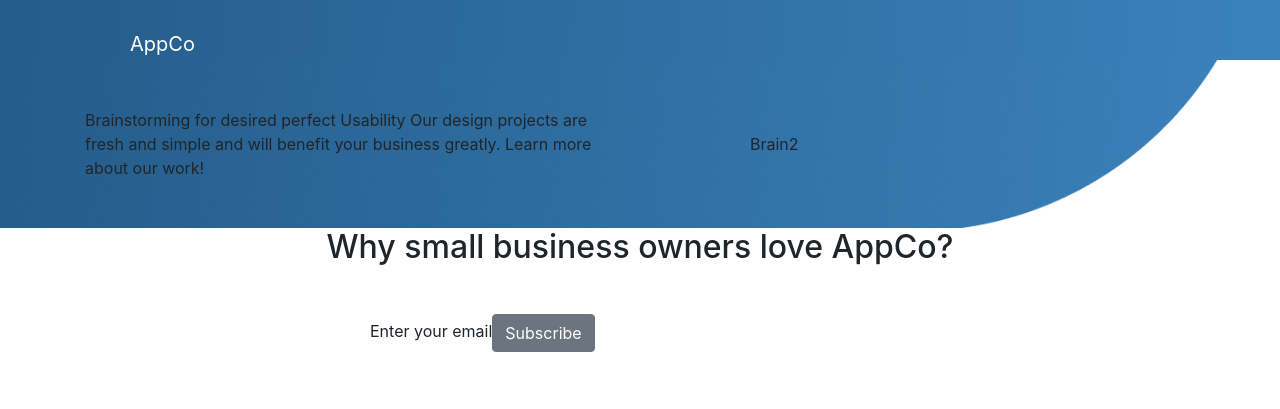
Repository: andbilous/user-statistics-app
Page: /
An editor plug-in stored every save of this project. The page is shown before and after a run of saves, followed by the edit.
The browser window is 1280 px wide. The pictures show the whole page.
The project was rebuilt for these pictures with package versions that can differ from the ones it lists, and the page was loaded fresh each time. Also part of the build but not shown: src/components/reasons/reasons.scss, src/components/footer/footer.scss.

Above is the page before, as saved 2020-06-19 14:52:47.

### src/App.js
import React from 'react';
import Main from './pages/Main';
import './App.scss';

function App() {
  return (
    <div className="App">
      <Main/>
    </div>
  );
}

export default App;

### src/pages/Main.jsx
import React from "react";
import Header from "../components/Header";
import Brainstorming from "../components/brainstorming";
import Reasons from "../components/reasons";
import Footer from '../components/footer';

const Main = () => {
  return (
    <>
      <Header />
      <Brainstorming />
      <Reasons />
      <Footer />
    </>
  );
};

export default Main;

### src/App.scss
body {
  font-family: Montserrat;
  font-style: normal;
  font-weight: normal;
}

### src/components/Header/index.js
import React from 'react';
import './header.scss';
import { Container, Row, Col } from 'reactstrap';


const Header = () => {
    return (
      <header className='header bg-image'>
      <Container>
          <div className='navbar-brand'>
          AppCo
            </div>
      </Container>
      </header>
    )
};

export default Header;

### src/components/brainstorming/index.js
import React from 'react';
import { Container, Row, Col } from 'reactstrap';
import'./brainstorming.scss';


const Brainstorming = () => {
    return (
      <section className='brainstorming pt-100 bg-image'>
      <Container>
          <Row className="row align-items-center justify-content-between py-5">
            <Col className="col-md-7 col-lg-6">
              Brainstorming for desired perfect Usability
              Our design projects are fresh and simple and will benefit your business greatly. Learn more about our work!
              </Col>
            <Col className="col-md-5 col-lg-5">Brain2</Col>
          </Row>
      </Container>
      </section>
    )
};

export default Brainstorming;

### src/components/reasons/index.js
import React from 'react';
import './reasons.scss';
import { Container, Row, Col } from 'reactstrap';


const Reasons = () => {
    return (
      <section className='reasons'>
      <Container>
          <Row className="justify-content-center">
          <Col className="col-lg-7 col-md-8">
            <div className='section-heading text-center mb-5'>
              <h2>Why small business owners love AppCo?</h2>
            </div>
          </Col>
          </Row>

      </Container>
      </section>
    )
};

export default Reasons;

### src/components/footer/index.js
import React from 'react';
import { Container, Row, Col,Button } from 'reactstrap';
import'./footer.scss';


const Footer = () => {
    return (
      <footer>
        <Container>
          <Row className='justify-content-center'>
            <Col md='6'>
              <div>
                Enter your email
                <Button>Subscribe</Button>
              </div>
            </Col>
          </Row>
          <Row className='justify-content-center'>
            <Col className='col-md' lg='4'>

            </Col>
            <Col className='col-md' lg='4'>

              </Col>
              <Col className='col-md' lg='4'>

              </Col>
          </Row>
        </Container>
      </footer>
    )
};

export default Footer;

### src/components/Header/header.scss
.header{
  width: 100%;
  height: 60px;
  background: linear-gradient(92.09deg, #255D8B 2.29%, #3A80BA 96.79%);
}

.navbar-brand {
  color: #fff;
  font-size: 40px;
  line-height: 49px;
  position: absolute;
  width: 136px;
  height: 49px;
  left: 130px;
  top: 24px;
}

### src/components/brainstorming/brainstorming.scss
.brainstorming{
  background-image: url(../../img/bg.png);
  background-repeat: no-repeat;
  background-position: center center;
  background-size: cover;
}

.bg-image{
  position: relative;
  width: 100%;
  display: block;
}

Loaded but not shown: public/index.html (common file); src/index.js (common file); src/serviceWorker.js (common file)

After the next 3 saves:
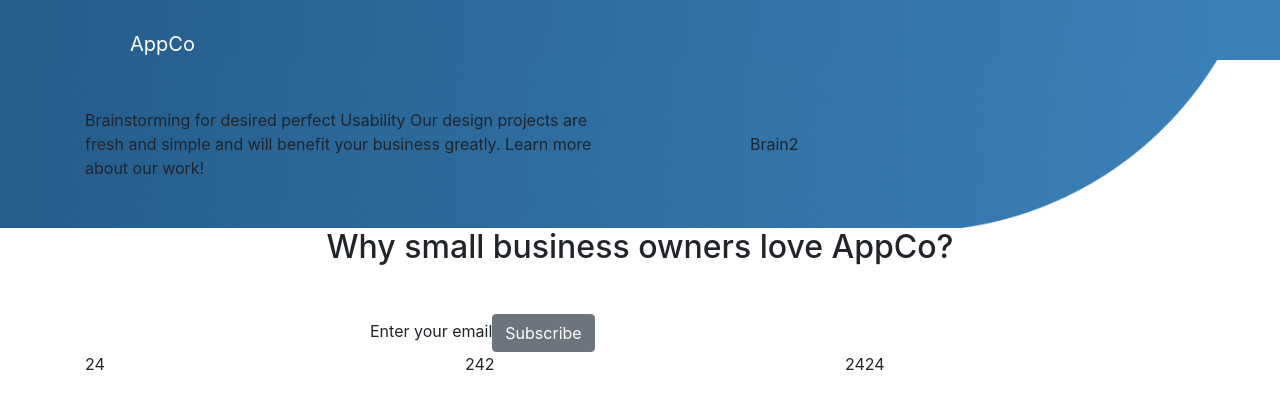
The 3 saves are shown as one change because they came seconds apart.
The last was saved 6 s later.
--- a/src/components/footer/index.js
+++ b/src/components/footer/index.js
@@ -17,13 +17,13 @@ const Footer = () => {
           </Row>
           <Row className='justify-content-center'>
             <Col className='col-md' lg='4'>
-
+              24
             </Col>
             <Col className='col-md' lg='4'>
-
+              242
               </Col>
               <Col className='col-md' lg='4'>
-
+              2424
               </Col>
           </Row>
         </Container>
